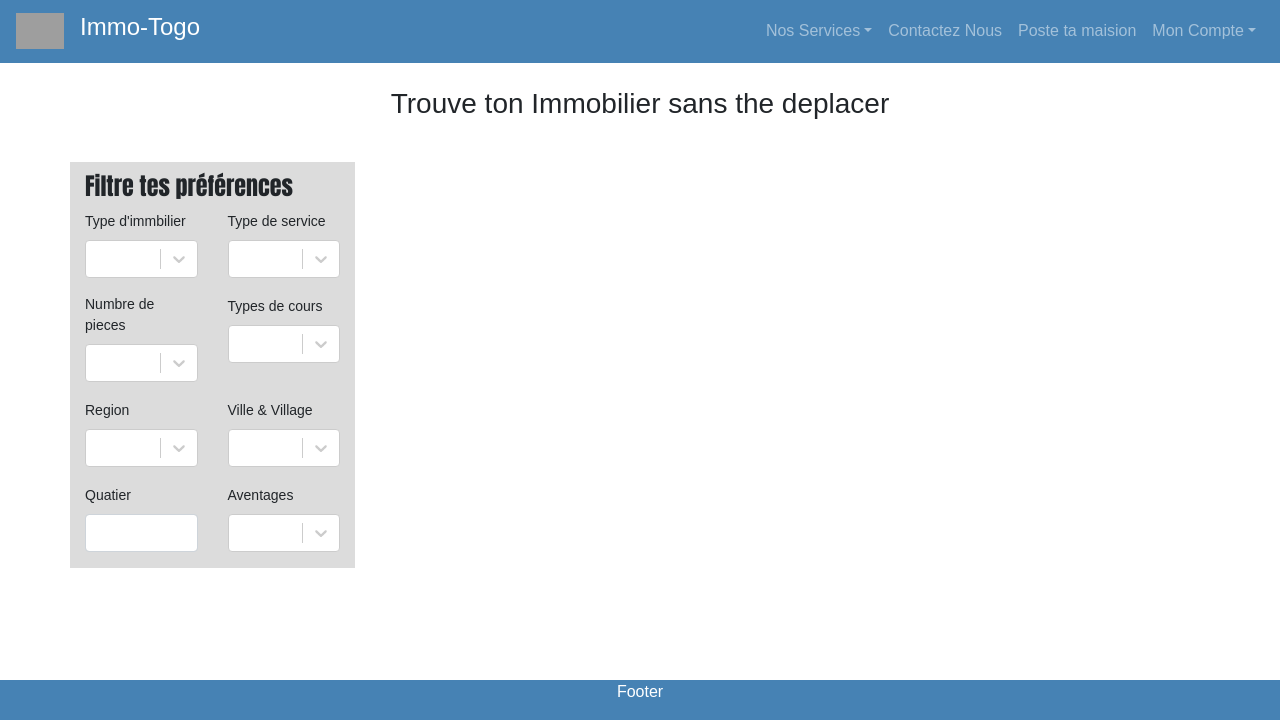
Repository: TAYLOR-YAO/immobilier-togo
Page: / (app in client/)
These files come from the project's save history. The page is drawn as it stood at one moment and after the next save; the edit follows.
The browser window is 1280 px wide. The pictures show the whole page.
Pictures or frames that could not be fetched are drawn as grey boxes. The page's requests for data from a server got no answer. The project was rebuilt for these pictures with package versions that can differ from the ones it lists, and the page was loaded fresh each time. No one was signed in, and anything a server would have sent is missing. Also part of the build but not shown: client/src/Components/LendingPage/LendingPage.css, client/src/Components/RegisterHouses/RegisterHouse.css, client/src/Components/RegisterHouses/RegisterHouse.js, client/src/Components/Test_file.js, client/src/Components/test-2.js.

Above is the page before, as saved 2020-05-14 20:41:01.

### client/src/App.js
import React from 'react';
import './App.css';
// import LendingPage from "./LendingPage/LendingPage";
import Router from "./Components/Router/Router";
import Navbar from "./Components/Navbar/Navbar";

function App() {
  return (
    <div className="App">
      <Navbar/>
      <Router/>
      <div className="footer fixed-bottom">
        <p>Footer</p>
      </div>
    </div>
  );
}

export default App;

### client/src/App.css
.App {
  text-align: center;
}

.App-logo {
  height: 5vmin;
  pointer-events: none;
}

@media (prefers-reduced-motion: no-preference) {
  .App-logo {
    animation: App-logo-spin infinite 20s linear;
  }
}
html {
position: relative;
min-height: 100%;
}
body {
margin: 0 0 100px;
font-family: sans-serif;
}
.content {
padding: 15px;
box-sizing: border-box;
text-align: center;
}


.footer {
  background-color: #4682B4 !important;
  color: #ffffff;
}

### client/src/Components/Router/Router.js

import React from "react";
import {Switch, Route} from "react-router-dom";

import LendingPage from "../LendingPage/LendingPage";

import RegisterHouse from "../RegisterHouses/RegisterHouse";
import TestFile from "../Test_file";
import TestFile2 from "../test-2";



const Router =()=>(
    <Switch>
        <Route exact path="/" component={LendingPage} />
        <Route exact path="/poster-immobiliers" component={RegisterHouse} />
        <Route exact path="/test" component={TestFile} />
        <Route exact path="/test2" component={TestFile2} />

    </Switch>
)
export default Router;

### client/src/Components/Navbar/Navbar.js
import React, {Component} from 'react';
import { Nav, NavDropdown, Navbar } from 'react-bootstrap';
import './Navbar.css';
var logo = "https://thumbs.dreamstime.com/z/mains-et-maisons-toits-logo-d-immobiliers-89005989.jpg";


class Navigations extends Component {
 state = {
   username: ""
};

  render() {
    return <div>

<Navbar collapseOnSelect expand="lg" bg="success" variant="dark" className="navbar navbar-fixed-top">
    <Navbar.Brand href="/node_modules">
        <img src={logo} className="App-logo" alt="logo" style={{float:"left"}} />
    </Navbar.Brand>
    <Navbar.Brand href="/">
        <h4>Immo-Togo  </h4>
    </Navbar.Brand>
    <Navbar.Toggle aria-controls="responsive-navbar-nav" />
    <Navbar.Collapse id="responsive-navbar-nav">
        <Nav className="mr-auto">
        </Nav>
        <Nav>
            <NavDropdown title="Nos Services" id="collasible-nav-dropdown">
                <NavDropdown.Item href="#action/3.1">Annonce et vente de Maison</NavDropdown.Item>
                <NavDropdown.Divider />
                <NavDropdown.Item href="#action/3.3">Annonce et vente de Terrains</NavDropdown.Item>
                <NavDropdown.Divider />
                <NavDropdown.Item href="#action/3.4">Annonce et location</NavDropdown.Item>
            </NavDropdown>
            <Nav.Link href="/">Contactez Nous</Nav.Link>
            <Nav.Link href="poster-immobiliers">Poste ta maision</Nav.Link>
            <NavDropdown title="Mon Compte" id="collasible-nav-dropdown">
                <NavDropdown.Item href="#action/3.1">Modifier</NavDropdown.Item>
                <NavDropdown.Divider />
                <NavDropdown.Item href="#action/3.3">Solicite L'aide</NavDropdown.Item>
                <NavDropdown.Divider />
                <NavDropdown.Item href="#action/3.4">Quitter</NavDropdown.Item>
            </NavDropdown>
        </Nav>
    </Navbar.Collapse>
</Navbar>

    </div>

  }
}

export default Navigations;

### client/src/Components/LendingPage/LendingPage.js
import React, {Component} from 'react';
import './LendingPage.css';
import ReactHtmlParser from 'react-html-parser';
import axios from "axios";
import { Container ,Row, Col, Card, Form } from 'react-bootstrap';
import {regions, villes, immoiliers, cours, nombreChambres, aventages, services} from "../Feeds/feeds";
import Select from 'react-select';
import { Carousel } from 'react-responsive-carousel';
const customStyles = {
  input: styles => {
    return {
      ...styles,
      height: '1.6em'
  };
}
}
class LendingPage extends Component {
 state = {
    immobiliers: [],
    quartier:" ",
    ville:" ",
    descriptions:"",
    autreInfos:"",
    amount: "0.00 cfa",
    // ======================================
    region: "",
    immobilier: "",
    cours: "",
    chambres: "",
    aventages: "",
    services: "",
    // ======================================
    selectedRegion: null,
    selectedCity: null,
    selectedImmobilier: null,
    selectedCours:null,
    selectedNombreChambres: null,
    selectedAventages: null,
    selectedServices: null,
    documents: false
};
componentDidMount = ()=>{
  axios.get("/api/poster-vente", this.state).then(response=>{
    this.setState({
        immobiliers: response.data,
        clonedImmobiliers: response.data
      })
  })
  this.handleRegionChange = (regionOption) => {
    let filteredRegions = this.state.clonedImmobiliers.filter(immobilier => {
        return immobilier.region === regionOption.value;
    })
    this.setState({
        immobiliers: filteredRegions,
        selectedRegion: regionOption.value
    })
  }
  // ==============================FILTRE Ville================================
  this.handleVillesChange= (cityOption) => {
    let filteredCities = this.state.clonedImmobiliers.filter(immobilier => {
      return immobilier.ville === cityOption.value;
    })
    this.setState({
      immobiliers: filteredCities,
      ville: cityOption.value
    })
  }
  // ==============================FILTRE TYPE D'IMMOBILIER================================
  this.handleImmobilierChange= (immobilierTypeOption) => {
    let filteredImmobilierType= this.state.clonedImmobiliers.filter(immobilier => {
      return immobilier.immobilier === immobilierTypeOption.value;
    })
    this.setState({
      immobiliers: filteredImmobilierType,
      selectedImmobilier: immobilierTypeOption.value
    })
  }

  // ==============================FILTRE TYPE DE COURS================================
  this.handleCoursChange= (coursOptions) => {
    let filteredCoursType= this.state.clonedImmobiliers.filter(immobilier => {
      return immobilier.cours === coursOptions.value;
    })
    this.setState({
      immobiliers: filteredCoursType,
      selectedCours: coursOptions.value
    })
  }
  // ==============================FILTRE NOMBRE DE CHAMBRES================================
  this.handleNombreChambresChange= (nombreChambresOption) => {
    let filterednombreChambres= this.state.clonedImmobiliers.filter(immobilier => {
      return immobilier.chambres === nombreChambresOption.value;
    })
    this.setState({
      immobiliers: filterednombreChambres,
      selectedNombreChambres: nombreChambresOption.value
    })
  }
  // ==============================FILTRE AVENTAGES================================
  this.handleAventageChange= (aventagesOption) => {
    let filterednombreAventages= this.state.clonedImmobiliers.filter(immobilier => {
      return immobilier.aventages === aventagesOption.value[0];
    })
    this.setState({
      immobiliers: filterednombreAventages,
      selectedAventages: aventagesOption.value
    })
  }


}

handleAmountChange = (event, maskedvalue, floatvalue) =>{
  this.setState({amount: maskedvalue});
}


handleServicesChange= (selectedServices) => {
  this.setState({ selectedServices: selectedServices, services: selectedServices.value });
}

handleInputsChanges = event => {
  const { target: { name, value } } = event;
  this.setState({ [name]: value });
}

render() {
  // const { immobiliers} = this.state;
  const { immobiliers, selectedRegion, selectedCity, selectedImmobilier,selectedCours,selectedNombreChambres, selectedAventages, selectedServices} = this.state;
  return <div>

      <Container>
          <div style={{textAlign:"center"}}>
            <br/>
            <h3>Trouve ton Immobilier sans the deplacer</h3>
          </div>
        <br/>
        <Row style={{marginTop:"10px", height:"300px"}}>
        <Col sm={3} style={{background:"#DCDCDC", textAlign:"left"}}>
          <h4 style={{marginTop:"10px", fontFamily:"impact"}}>Filtre tes préférences</h4>
          <Row>
            <Col sm={6}>
              <Form.Group controlId="exampleForm.ControlSelect1" >
                <Form.Label style={{fontSize:"14px"}}>Type d'immbilier</Form.Label>
                <br/>
                <Select
                styles={customStyles}
                placeholder={selectedImmobilier}
                value={this.state.selectedImmobilier}
                onChange={this.handleImmobilierChange}
                options={immoiliers}
                />
              </Form.Group>
            </Col>
            <Col sm={6}>
              <Form.Group controlId="exampleForm.ControlSelect1" >
                <Form.Label style={{fontSize:"14px"}}>Type de service</Form.Label>
                <br/>
                <Select
                    styles={customStyles}
                    placeholder={selectedServices}
                    value={this.state.selectedServices}
                    onChange={this.handleServicesChange}
                    options={services}
                />
              </Form.Group>
            </Col>
          </Row>
          <Row>
            <Col sm={6}>
              <Form.Group controlId="exampleForm.ControlSelect1" >
                <Form.Label style={{fontSize:"14px"}}>Numbre de pieces</Form.Label>
                <br/>
                <Select
                    styles={customStyles}
                    placeholder={selectedNombreChambres}
                    value={this.state.selectedNombreChambres}
                    onChange={this.handleNombreChambresChange}
                    options={nombreChambres}
                />
              </Form.Group>
            </Col>
            <Col sm={6}>
              <Form.Group controlId="exampleForm.ControlSelect1" >
              <Form.Label style={{fontSize:"14px"}}>Types de cours</Form.Label>
              <br/>
              <Select
                styles={customStyles}
                placeholder={selectedCours}
                value={this.state.selectedCours}
                onChange={this.handleCoursChange}
                options={cours}
                // isMulti
                />
              </Form.Group>
            </Col>
          </Row>
          <Row>
            <Col sm={6}>
              <Form.Group controlId="exampleForm.ControlSelect1" >
              <Form.Label style={{fontSize:"14px"}}>Region</Form.Label>
              <br/>
              <Select
                  styles={customStyles}
                  placeholder={selectedRegion}
                  value={this.state.selectedRegion}
                  onChange={this.handleRegionChange}
                  options={regions}
                />
              </Form.Group>
            </Col>
            <Col sm={6}>
              <Form.Group controlId="exampleForm.ControlSelect1" >
              <Form.Label style={{fontSize:"14px"}}>Ville & Village</Form.Label>
              <br/>
              <Select
                  styles={customStyles}
                  placeholder={selectedCity}
                  value={this.state.selectedCity}
                  onChange={this.handleVillesChange}
                  options={villes}
                />
             </Form.Group>
            </Col>
          </Row>
          <Row>
            <Col sm={6}>
              <Form.Group controlId="exampleForm.ControlSelect1" >
                <Form.Label style={{fontSize:"14px"}}>Quatier</Form.Label>
                <Form.Control type="text" placeholder="Ex: Adidogomé " value={this.state.quartier} name="quartier" onChange={this.handleInputsChanges}/>
              </Form.Group>
            </Col>
            <Col sm={6}>
              <Form.Group controlId="exampleForm.ControlSelect1" >
              <Form.Label style={{fontSize:"14px"}}>Aventages</Form.Label>
              <br/>
              <Select
                  styles={customStyles}
                  placeholder={selectedAventages}
                  value={this.state.selectedAventages}
                  onChange={this.handleAventageChange}
                  options={aventages}
                  isMulti
                />
              </Form.Group>
            </Col>
          </Row>
          </Col>
{/* ===================================================================== */}
          <Col sm={9}>
            <Row>
              <Col sm={12}>
                <Row>
                  <Col sm={12}>
                    { immobiliers.map(immobilier =>
                    <div key={immobilier._id} >
                      <Row style={{borderTop:"3px double #000", paddingTop:"10px"}}>
                        <Col sm={7}>
                          <div >
                            <Card>
                              <Card.Title><h4 style={{fontFamily:"impact" }}>{immobilier.titre}</h4></Card.Title>
                                <Card.Body className="housepics">
                                  <Carousel>
                                  {immobilier.images.map((image,index) =>
                                    <div key={index}>
                                      <img src={image} alt="House Views"/>
                                      <p className={image}>Legend 2</p>
                                    </div>
                                  )}
                                </Carousel>
                              </Card.Body>
                            </Card>
                          </div>
                        </Col>
                        <Col sm={5} style={{textAlign:"left",background:"#DCDCDC"}}>
                            <h4 style={{fontFamily:"impact" }}>Details le l'immobilier</h4>
                            {/* <p> {immobilier.immobilier? `Type d'immobilier: ${immobilier.immobilier}` : ""}</p>                                                                                                */}
                            {/* <p style={{fontFamily:"impact" }}>{`Prix: ${immobilier.amount}`}</p>*/}
                            <Row>
                              <Col sm={6}>
                                <p style={{fontFamily:"impact" }}>{`Prix: ${immobilier.amount}`}</p>
                              </Col>
                              <Col sm={6}>
                                <a href="https://firebasestorage.googleapis.com/v0/b/immo-togo.appspot.com/o/immo-togo%2F27752247_1641686842578627_1891016869452810300_n.jpg?alt=media&token=f6b03fa1-4225-4add-8caa-f81f313e2d23" download="w3logo">Telecharger le contract</a>
                              </Col>
                            </Row>
                            <p> {immobilier.cours ? `Type de cours: ${immobilier.cours}` : ""}</p>
                            <p> {immobilier.services ? `Offre: ${immobilier.services}` : ""}</p>
                            <p> {`Ville & Village: ${immobilier.ville}`}</p>
                            <p> {`Quartier: ${immobilier.quartier}`} </p>
                            <div>{immobilier.chambres ?(<div><strong>Nombre de Piece(s): </strong>{immobilier.chambres}</div>): ""}</div>
                            <p>{immobilier.aventage ? `Aventale du lieu: ${immobilier.aventage.map(aventage =>{
                            return ` ${aventage.value} |`
                            })}` : ""}
                            </p>
                            <div><h6>Descriptions: </h6>  {ReactHtmlParser (this.state.descriptions)}  </div>
                            <div><h6>Address:</h6>{` ${immobilier.address}`}</div>
                        </Col>
                      </Row>

                        <hr/>
                      </div>
                    )}
                  </Col>
                </Row>

              </Col>
            </Row>
          </Col>
        </Row>
      </Container>
    </div>
  }
}

export default LendingPage;

### client/src/Components/Navbar/Navbar.css
/*
#root > div > div:nth-child(1) > nav{
    position: fixed;
    top: 0;
    width: 100%;

} */


#root > div > div:nth-child(1) > nav{
    background-color: #4682B4 !important;
}

### client/src/Components/Feeds/feeds.js
const regions = [
    { value: 'Maritime', label: 'Maritime' },
    { value: 'Central', label: 'Central' },
    { value: 'Savanes', label: 'Savanes' },
    { value: 'Kara', label: 'Kara' },
    { value: 'Plateaux', label: 'Plateaux' }
]
let immoiliers = [
    { value: 'Maison', label: 'Maison' },
    { value: 'Chambre', label: 'Chambre' },
    { value: 'Appartment', label: 'Appartment' },
    { value: 'Cours commune', label: 'Cours commune' },
    { value: 'Magasin', label: 'Magasin' },
    { value: 'Sommaire', label: 'Sommaire' }
]
let cours = [
    { value: 'Cours Uniquie', label: 'Cours Uniquie' },
    { value: 'Cours Commune', label: 'Cours Commune' },
    { value: 'Immeubles', label: 'Immeubles' }
]
let nombreChambres= [
    { value: 1, label: 1},
    { value: 2, label: 2},
    { value: 3, label: 3},
    { value: 4, label: 4},
    { value: 5, label: 5},
    { value: 6, label: 6},
    { value: 7, label: 7},
    { value: 8, label: 8},
    { value: 9, label: 9},
    { value: 10, label: 10},
    { value: 11, label: 11},
    { value: 12, label: 12},
    { value: 13, label: 13},
    { value: 14, label: 14},
    { value: 15, label: 15},
    { value: 16, label: 16},
    { value: 17, label: 17},
    { value: 18, label: 18},
    { value: 19, label: 19},
    { value: 20, label: 20}
]

let villes =[
    { value: 'Lomé', label: 'Lomé' },
    { value: 'Sokodé', label: 'Sokodé' },
    { value: 'Kara', label: 'Kara' },
    { value: 'Atakpamé', label: 'Atakpamé' },
    { value: 'Bassar', label: 'Bassar' },
    { value: 'Tsévié', label: 'Tsévié' },
    { value: 'Aného', label: 'Aného' },
    { value: 'Mango', label: 'Mango' },
    { value: 'Dapaong', label: 'Dapaong' },
    { value: 'Tchamba', label: 'Tchamba' },
    { value: 'Niamtougou', label: 'Niamtougou'},
    { value: 'Bafilo', label: 'Bafilo' },
    { value: 'Notsé', label: 'Notsé' },
    { value: 'Sotouboua', label: 'Sotouboua' },
    { value: 'Vogan', label: 'Vogan' },
    { value: 'Badou', label: 'Badou' },
    { value: 'Biankouri', label: 'Biankouri' },
    { value: 'Kandé', label: 'Kandé' },
    { value: 'Amlamé', label: 'Amlamé' },
    { value: 'Galangachi', label: 'Galangachi' },
    { value: 'Kpagouda', label: 'Kpagouda' }
]
let aventages = [
    { value: "Cyber", label: "Cyber" },
    { value: 'Ecole Primaire', label: 'Ecole Primaire' },
    { value: 'Lycées', label: 'Lycées' },
    { value: 'Université', label: 'Université' },
    { value: "Securité", label: "Securité"}
]
let services = [
    { value: "Vente", label: "Vente" },
    { value: 'Louer', label: 'Louer' },
    { value: 'Baille', label: 'Baille' }
]

module.exports = {
    villes: villes,
    regions: regions,
    immoiliers: immoiliers,
    cours: cours,
    nombreChambres: nombreChambres,
    aventages: aventages,
    services: services

}

Loaded but not shown: client/public/index.html (common file); client/src/index.js (common file); client/src/index.css (common file); client/src/serviceWorker.js (common file)

After the next save:
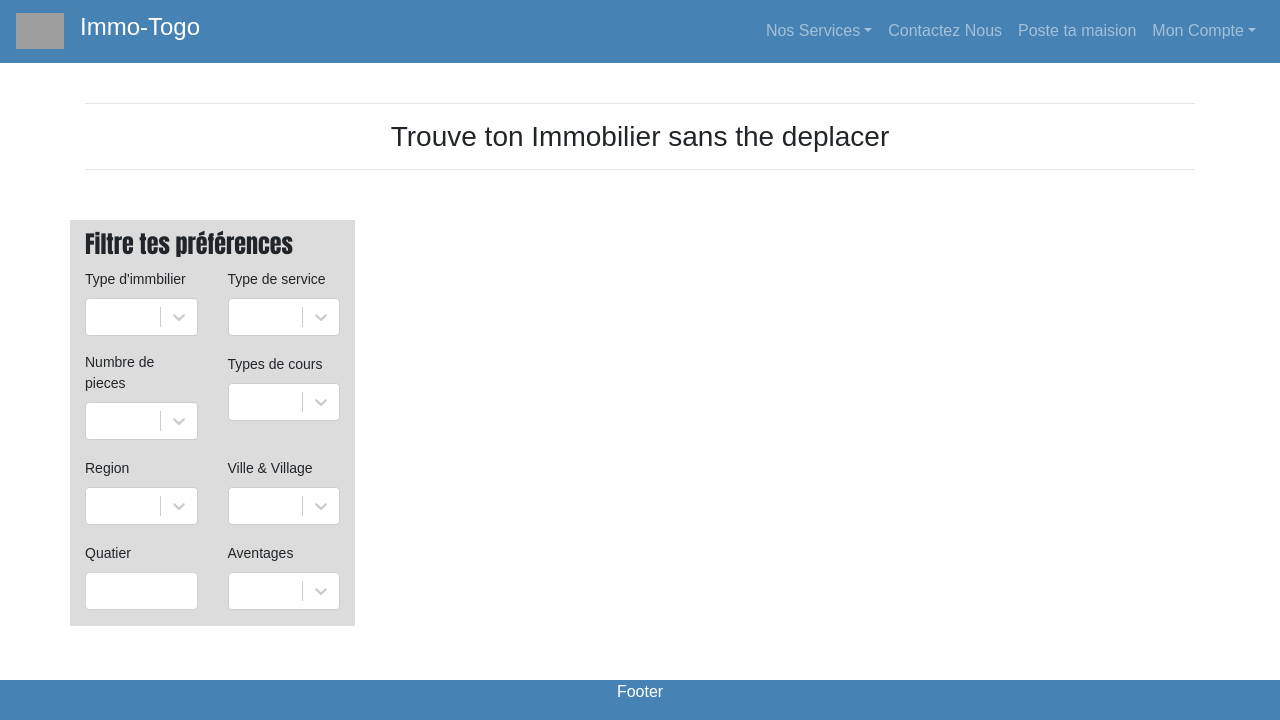
Saved 63 s later.
--- a/client/src/Components/LendingPage/LendingPage.js
+++ b/client/src/Components/LendingPage/LendingPage.js
@@ -132,7 +132,9 @@ render() {
       <Container>
           <div style={{textAlign:"center"}}>
             <br/>
+            <hr/>
             <h3>Trouve ton Immobilier sans the deplacer</h3>
+            <hr/>
           </div>
         <br/>
         <Row style={{marginTop:"10px", height:"300px"}}>
